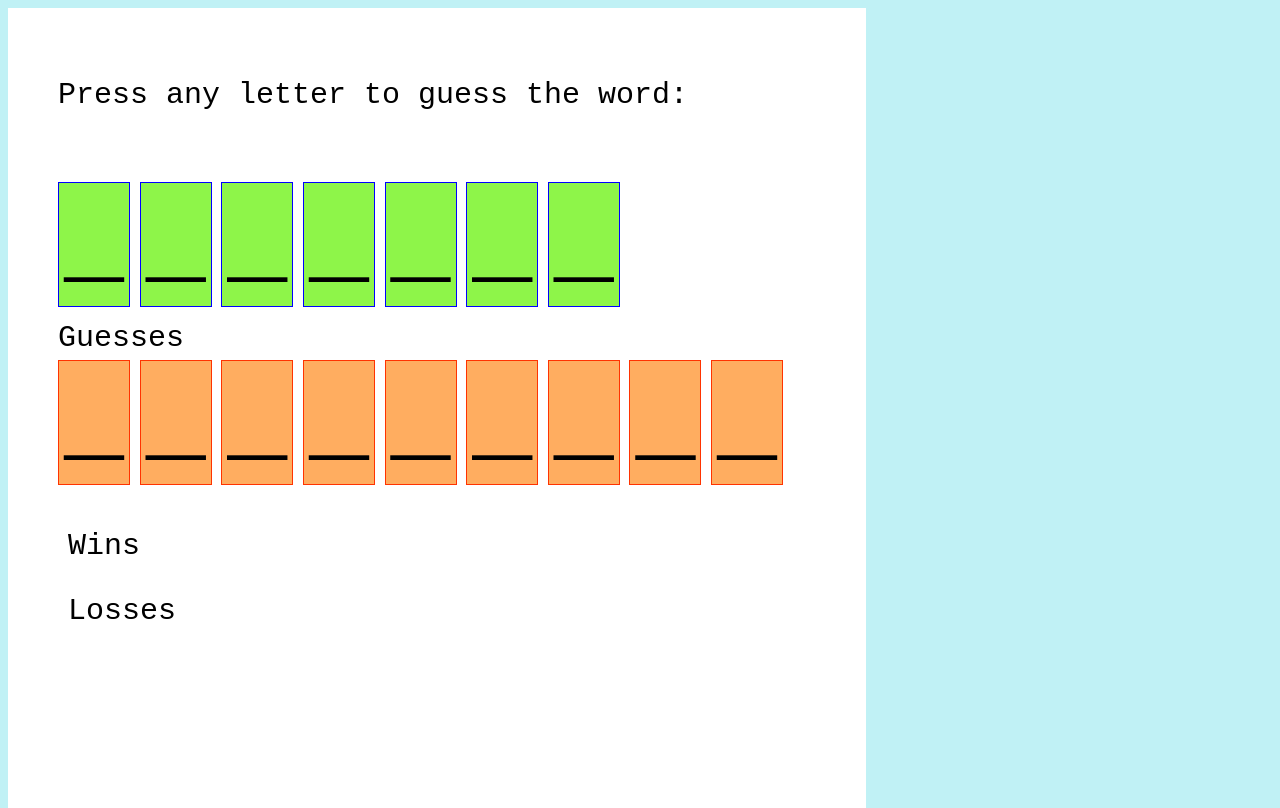
Repository: dsaftler/JavaScript
Page: index.html
These files come from the project's save history. The page is drawn as it stood at one moment and after the next save; the edit follows.
The browser window is 1280 px wide. The pictures show the whole page.

Above is the page before, as saved 2019-05-11 18:02:10.
Console error: SyntaxError: Identifier 'wordArr' has already been declared

After the next save:
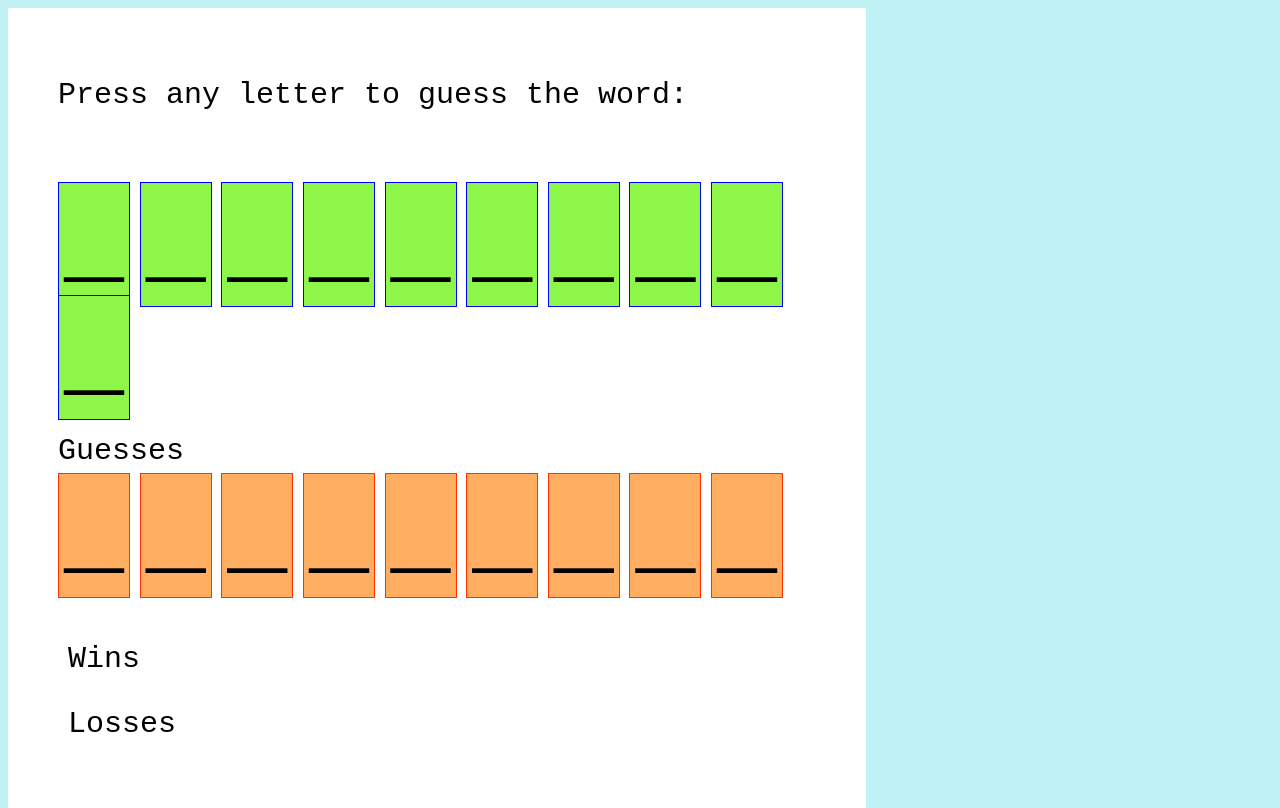
Saved 11 min 22 s later.
--- a/index.html
+++ b/index.html
@@ -24,7 +24,9 @@
          <div class="letter match" id="chr_4">_</div>
          <div class="letter match" id="chr_5">_</div>
          <div class="letter match" id="chr_6">_</div>
-
+          <div class="letter match" id="chr_7">_</div>
+          <div class="letter match" id="chr_8">_</div>
+          <div class="letter match" id="chr_9">_</div>
 
         <div class="showtext" id="showGuesses">Guesses </div>
 
